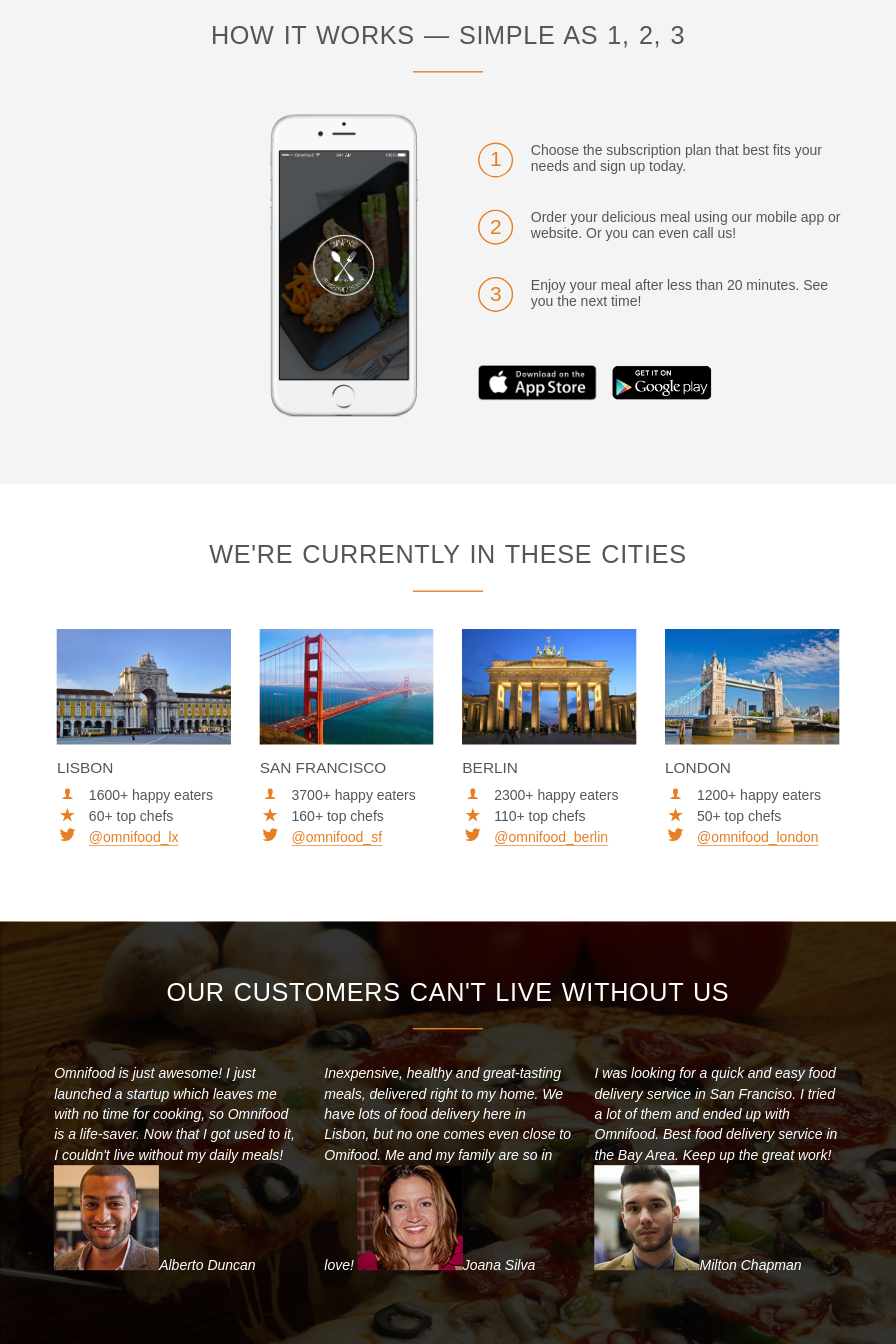
Repository: pboi18/E-Foods
Page: index.html
The author's editor kept a copy of each file at every save. The page is drawn from the files as they stood at one save, then again after the next save.
The browser window is 1280 px wide. The pictures show the part of the page from y = 1972 to 3892 px (the page is 3892 px tall before and 3847 px after), at 70% of full size.
Backgrounds fixed to the window are drawn as part of the page.

Above is the page before, as saved 2020-07-13 18:04:20.

### index.html
<!DOCTYPE html>
<html lang="en">
   <head>
      <meta http-equiv="Content-Type" content="text/html;charset=UTF-8">
      <link rel="stylesheet" href="vendors/css/normalize.css">
      <link rel="stylesheet" href="vendors/css/7.1 Grid.css">
      <link rel="stylesheet" href="vendors/css/ionicons.min.css">
      <link rel="stylesheet" href="resources/css/style.css">
      <link href='http://fonts.googleapis.com/css?family=Lato:100,300,400,300italic' rel='stylesheet' type='text/css'>
      <title>Ominifoods</title>
   </head>

   <body>
      <header>
         <nav>
               <div class="row">
                  <img src="resources/img/logo-white.png" alt="Ominifood logo" class="logo">

                  <ul class="main-nav">
                     <li><a href="#">Food delivery</a></li>
                     <li><a href="#">How it works</a></li>
                     <li><a href="#">Our cities</a></li>
                     <li><a href="#">Sign up</a></li>
                  </ul>

               </div>
         </nav>
         <div class="hero-text-box">
               <h1>Goodbye junk food. <br> Hello super healthy meals.</h1>
               <a href="#" class="btn btn-full">I’m hungry </a>
               <a href="#" class="btn btn-ghost">Show me more </a>
         </div>

      </header>

      <section class="section-features">
         <div class="row">
               <h2>Get food fast &mdash; not fast food</h2>
               <p class="long-copy">
                  Hello, we’re Omnifood, your new premium food delivery service. We know you’re always busy. No time for cooking. So let us take care of that, we’re really good at it, we promise!
               </p>
         </div>

         <div class="row">
               <div class="col span-1-of-4 box">
                  <i class="ion-ios-infinite-outline icon-big"></i>
                  <h3>Up to 365 days/year</h3>
                  <p>
                     Never cook again! We
                     really mean that. Our subscription
                     plans include up to 365
                     days/year coverage. You can
                     also choose to order more
                     flexibly if that's your style.
                  </p>
               </div>

               <div class="col span-1-of-4 box">
                  <i class="ion-ios-stopwatch-outline icon-big"></i>
                  <h3>Ready in 20 minutes</h3>
                  <p>
                     You're only twenty minutes
                     away from your delicious and
                     super healthy meals delivered
                     right to your home. We work
                     with the best chefs in each
                     town to ensure that you're
                     100% happy.
                  </p>
               </div>

               <div class="col span-1-of-4 box">
                  <i class="ion-ios-nutrition-outline icon-big"></i>
                  <h3>100% organic</h3>
                  <p>
                     All our vegetables are fresh, organic and local. Animals are raised without added hormones or antibiotics. Good for your health, the environment, and it also tastes better!
                  </p>
               </div>

               <div class="col span-1-of-4 box">
                  <i class="ion-ios-cart-outline icon-big"></i>
                  <h3>Order anything</h3>
                  <p>
                     We don't limit your creativity, which means you can order whatever you feel like. You can also choose from our menu containing over 100 delicious meals. It's up to you!
                  </p>
               </div>
         </div>
      </section>

      <section class="section-meals">
         <ul class="meals-showcase clearfix">
               <li>
                  <figure class="meal-photo">
                     <img src="resources/img/1.jpg" alt="Korean bibimbap with egg and vegetables">
                  </figure>
               </li>
               <li>
                  <figure class="meal-photo">
                     <img src="resources/img/2.jpg" alt="Simple italian pizza with cherry tomatoes">
                  </figure>
               </li>
               <li>
                  <figure class="meal-photo">
                     <img src="resources/img/3.jpg" alt="Chicken breast steak with vegetables ">
                  </figure>
               </li>
               <li>
                  <figure class="meal-photo">
                     <img src="resources/img/4.jpg" alt="Autumn pumpkin soup">
                  </figure>
               </li>
         </ul>

         <ul class="meals-showcase clearfix">
               <li>
                  <figure class="meal-photo">
                     <img src="resources/img/5.jpg" alt="Paleo beef steak with vegetables">
                  </figure>
               </li>
               <li>
                  <figure class="meal-photo">
                     <img src="resources/img/6.jpg" alt="Healthy baguette with egg and vegetables">
                  </figure>
               </li>
               <li>
                  <figure class="meal-photo">
                     <img src="resources/img/7.jpg" alt="Burger with cheddar and bacon">
                  </figure>
               </li>
               <li>
                  <figure class="meal-photo">
                     <img src="resources/img/8.jpg" alt="Granola with cherries and strawberries">
                  </figure>
               </li>
         </ul>
      </section>

      <section class="section-steps">
         <div class="row">
               <h2>How it works &mdash; Simple as 1, 2, 3</h2>
         </div>
         <div class="row">
               <div class="col span-1-of-2 steps-box">
                  <img src="resources/img/app-iPhone.png" alt="Ominifood app on iphone" class="app-screen">
               </div>

               <div class="col span-1-of-2 steps-box">
                  <div class="works-step">
                     <div>1</div>
                     <p>Choose the subscription plan that best fits your needs and sign up today.</p>
                  </div>
                  <div class="works-step">
                     <div>2</div>
                     <p>Order your delicious meal using our mobile app or website. Or you can even call us!</p>
                  </div>
                  <div class="works-step">
                     <div>3</div>
                     <p>Enjoy your meal after less than 20 minutes. See you the next time!</p>
                  </div>

                  <a href="#" class="btn-app">
                     <img src="resources/img/download-app.png " alt="App Store Button">
                  </a>
                  <a href="#" class="btn-app" >
                     <img src="resources/img/download-app-android.png" alt="play Store Button">
                  </a>

               </div>
         </div>
      </section>


      <section class="section-cities">
         <div class="row">
            <h2>
               We're currently in these cities
            </h2>
         </div>

         <div class="row">
            <div class="col span-1-of-4 box">
               <img src="resources/img/lisbon-3.jpg" alt="Lisbon">
               <h3>Lisbon</h3>
               <div class="city-feature">
                  <i class="ion-ios-person icon-small"></i>
                  1600+ happy eaters
               </div>
               <div class="city-feature">
                  <i class="ion-ios-star icon-small"></i>
                  60+ top chefs
               </div>
               <div class="city-feature">
                  <i class="ion-social-twitter icon-small"></i>
                  <a href="#">@omnifood_lx</a>
               </div>
            </div>

            <div class="col span-1-of-4 box">
               <img src="resources/img/san-francisco.jpg" alt="San Francisco">
               <h3>San Francisco</h3>
               <div class="city-feature">
                  <i class="ion-ios-person icon-small"></i>
                  3700+ happy eaters
               </div>
               <div class="city-feature">
                  <i class="ion-ios-star icon-small"></i>
                  160+ top chefs
               </div>
               <div class="city-feature">
                  <i class="ion-social-twitter icon-small"></i>
                  <a href="#">@omnifood_sf</a>
               </div>
            </div>

            <div class="col span-1-of-4 box">
               <img src="resources/img/berlin.jpg" alt="Berlin">
               <h3>Berlin</h3>
               <div class="city-feature">
                  <i class="ion-ios-person icon-small"></i>
                  2300+ happy eaters
               </div>
               <div class="city-feature">
                  <i class="ion-ios-star icon-small"></i>
                  110+ top chefs
               </div>
               <div class="city-feature">
                  <i class="ion-social-twitter icon-small"></i>
                  <a href="#">@omnifood_berlin</a>
               </div>
            </div>

            <div class="col span-1-of-4 box">
               <img src="resources/img/london.jpg" alt="London">
               <h3>London</h3>
               <div class="city-feature">
                  <i class="ion-ios-person icon-small"></i>
                  1200+ happy eaters
               </div>
               <div class="city-feature">
                  <i class="ion-ios-star icon-small"></i>
                  50+ top chefs
               </div>
               <div class="city-feature">
                  <i class="ion-social-twitter icon-small"></i>
                  <a href="#">@omnifood_london</a>
               </div>
            </div>
         </div>


      </section>

      <section class="section-testimonials">
         <div class="row">
            <h2>Our customers can't live without us</h2>
         </div>

         <div class="row">
            <div class="col span-1-of-3">
               <blockquote>
                  Omnifood is just awesome! I just launched a startup which leaves me with no time for cooking, so Omnifood is a life-saver. Now that I got used to it, I couldn't live without my daily meals!
                  <cite><img src="resources/img/customer-1.jpg" alt="">Alberto Duncan</cite>
               </blockquote>
            </div>

            <div class="col span-1-of-3">
               <blockquote>
                  Inexpensive, healthy and great-tasting meals, delivered right to my home. We have lots of food delivery here in Lisbon, but no one comes even close to Omifood. Me and my family are so in love!
                  <cite><img src="resources/img/customer-2.jpg" alt="">Joana Silva</cite>
               </blockquote>
            </div>

            <div class="col span-1-of-3">
               <blockquote>
                  I was looking for a quick and easy food delivery service in San Franciso. I tried a lot of them and ended up with Omnifood. Best food delivery service in the Bay Area. Keep up the great work!
                  <cite><img src="resources/img/customer-3.jpg" alt="">Milton Chapman</cite>
               </blockquote>
            </div>
         </div>
      </section>
   </body>


</html>

### resources/css/style.css
/*  --------------------------- */
/*  BASIC SETUP */
/*  --------------------------- */

* {
    margin: 0;
    padding: 0;
    box-sizing: border-box;
}

html {
    background-color: #fff;
    color: #555;
    font-family: Arial, Helvetica, sans-serif,'Lato';
    font-weight: 300;
    font-size: 20px;
    text-rendering: optimizeLegibility;
}

.clearfix { zoom: 1;}
.clearfix::after {
    content: ".";
    clear: both;
    display: block;
    height: 0;
    visibility: hidden;
}

/*  --------------------------- */
/*  REUSEABLE COMPONENTS */
/*  --------------------------- */


.row {
    max-width: 1140px;
    margin: 0 auto;
}

section {
    padding: 80px 0;
}

.box {
    padding: 1%;
}



/*  --------------------------- */
/*  HEADINGS */
/*  --------------------------- */

h1,
h2,
h3 {

    font-weight: 300;
    text-transform: uppercase;
}

h1 {
    margin-top: 0;
    margin-bottom: 20px;
    color: #fff;
    font-size: 240%;
    word-spacing: 4px;
    letter-spacing: 1px;
}

h2 {
    font-size: 180%;
    word-spacing: 2px;
    text-align: center;
    margin-bottom: 30px;
    letter-spacing: 1px;
}

h3 {
    font-size: 110%;
    margin-bottom: 15px;
}

h2:after {
    display: block;
    height: 2px;
    background-color: #e67e22;
    content: " ";
    width: 100px;
    margin: 0 auto;
    margin-top: 30px;
}


/*  --------------------------- */
/*  paragraps*/
/*  --------------------------- */


.long-copy {
    line-height: 145%;
    width: 70%;
    margin-left: 15%;
}

.box p {
    font-size: 90%;
    line-height: 145%;
}


/*  --------------------------- */
/*  ICONS */
/*  --------------------------- */

.icon-big {
    font-size: 350%;
    display: block;
    color: #e67e22;
    margin-bottom: 10px;
}

.icon-small {
    display: inline-block;
    width: 30px;
    text-align: center;
    color: #e67e22;
    font-size: 120%;
    margin-right: 10px;
    /* secrets to align text and icon */
    line-height: 120%;
    vertical-align: middle;
    margin-top: -5px;
}

/*  --------------------------- */
/*  LINKS */
/*  --------------------------- */

a:link,
a:visited{
    color: #e67e22;
    text-decoration: none;
    padding-bottom: 1px;
    border-bottom: 1px solid #e67e22;
    transition: all 0.2s;
}

a:hover,
a:active {
    color: #555;
    border-bottom:  1px solid transparent;
}

/*  --------------------------- */
/*  BUTTONS */
/*  --------------------------- */

.btn:link,
.btn:visited {
    display: inline-block;
    padding: 10px 30px;
    font-weight: 300;
    text-decoration: none;
    border-radius: 200px;
    transition: all 0.2s;
}


.btn-full:link,
.btn-full:visited {
    background-color: #e67e22;
    border: 1px solid #e67e22;
    color: #fff;
    margin-right: 15px;
}

.btn-ghost:link,
.btn-ghost:visited {
    border: 1px solid #e67e22;
    color: #e67e22;
}

.btn:hover,
.btn:active {
    background-color: #cf6d17;
}


.btn-full:hover,
.btn-full:active {
    border: 1px solid #cf6d17;
}

.btn-ghost:hover,
.btn-ghost:active {
    border: 1px solid #e67e22;
    color: #fff;
}

/*  --------------------------- */
/*  HEADER */
/*  --------------------------- */

header {
    background-image: linear-gradient(rgba(0, 0, 0, 0.7), rgba(0, 0, 0, 0.7)), url(img/hero.jpg);
    background-size: cover;
    background-position: center;
    height: 100vh;
    background-attachment: fixed;
}


.hero-text-box {
    position: absolute;
    width: 1140px;
    top: 50%;
    left: 50%;
    transform: translate(-50%, -50%);
}

.logo {
    height: 100px;
    width: auto;
    float: left;
    margin-top: 20px;
}

.main-nav {
    float: right;
    list-style: none;
    margin-top: 55px;
}

.main-nav li {
    display: inline-block;
    margin-left: 40px;
}

.main-nav li a:link,
.main-nav li a:visited {
    padding: 5px 0px;
    color: #fff;
    text-decoration: none;
    text-transform: uppercase;
    font-size: 90%;
    border-bottom: 2px solid transparent;
    transition: all 0.2s;

}
.main-nav li a:hover,
.main-nav li a:active {
    border-bottom: 2px solid #e67e22;
}

/*  --------------------------- */
/*  MEALS */
/*  --------------------------- */

.section-features .long-copy {
    margin-bottom: 30px;
}


/*  --------------------------- */
/*  MEALS */
/*  --------------------------- */

.section-meals {
    padding: 0;

}

.meals-showcase {
    list-style: none;
    width: 100%;

}

.meals-showcase li {
    display: block;
    float: left;
    width: 25%;
}

.meal-photo {
    width: 100%;
    margin: 0;
    overflow: hidden;
    background-color:#000;
}

.meal-photo img {
    width: 100%;
    height: auto;
    transform: scale(1.03);
    opacity: 0.7;
    transition: all 0.5s;
}


.meal-photo img:hover {
    opacity: 1;
    transform: scale(1.15);
}

/*  --------------------------- */
/*  HOW IT WORKS */
/*  --------------------------- */

.section-steps {
    background-color: #f4f4f4;
}

.steps-box:first-child {
    text-align: right;
    padding-right: 3%;
    margin-top: 30px;
}


.steps-box:last-child {
    padding-left: 3%;
    margin-top: 70px;
}

.app-screen {
    width: 40%;
}


.works-step {
    margin-bottom: 50px;
}

.works-step:last-of-type {
    margin-bottom: 80px;
}

.works-step div {
    color: #e67e22;
    border: 2px solid #e67e22;
    display: inline-block;
    border-radius: 50%;
    width: 50px;
    height: 50px;
    text-align: center;
    padding: 5px;
    float: left;
    font-size: 150%;
    margin-right: 25px;
}

.btn-app:link,
.btn-app:visited {
    border: none;
}

.btn-app img {
    height: 50px;
    width: auto;
    margin-right: 16px;
}

/*  --------------------------- */
/*  CITIES*/
/*  --------------------------- */

.box img {
    width: 100%;
    height: auto;
    margin-bottom: 15px;
}


.city-feature {
    margin-bottom: 5px;
}

/*  --------------------------- */
/*  TESTIMONISE */
/*  --------------------------- */


.section-testimonials {
    background-image: linear-gradient(rgba(0, 0, 0, 0.8), rgba(0, 0, 0, 0.8)), url(img/back-customers.jpg);
    background-size: cover;
    color: #fff;
    background-attachment: fixed;
}

blockquote {
    padding: 2%;
    font-style: italic;
    line-height: 145%;
}

Loaded but not shown: vendors/css/normalize.css (library); vendors/css/7.1 Grid.css (library); vendors/css/ionicons.min.css (library)

After the next save:
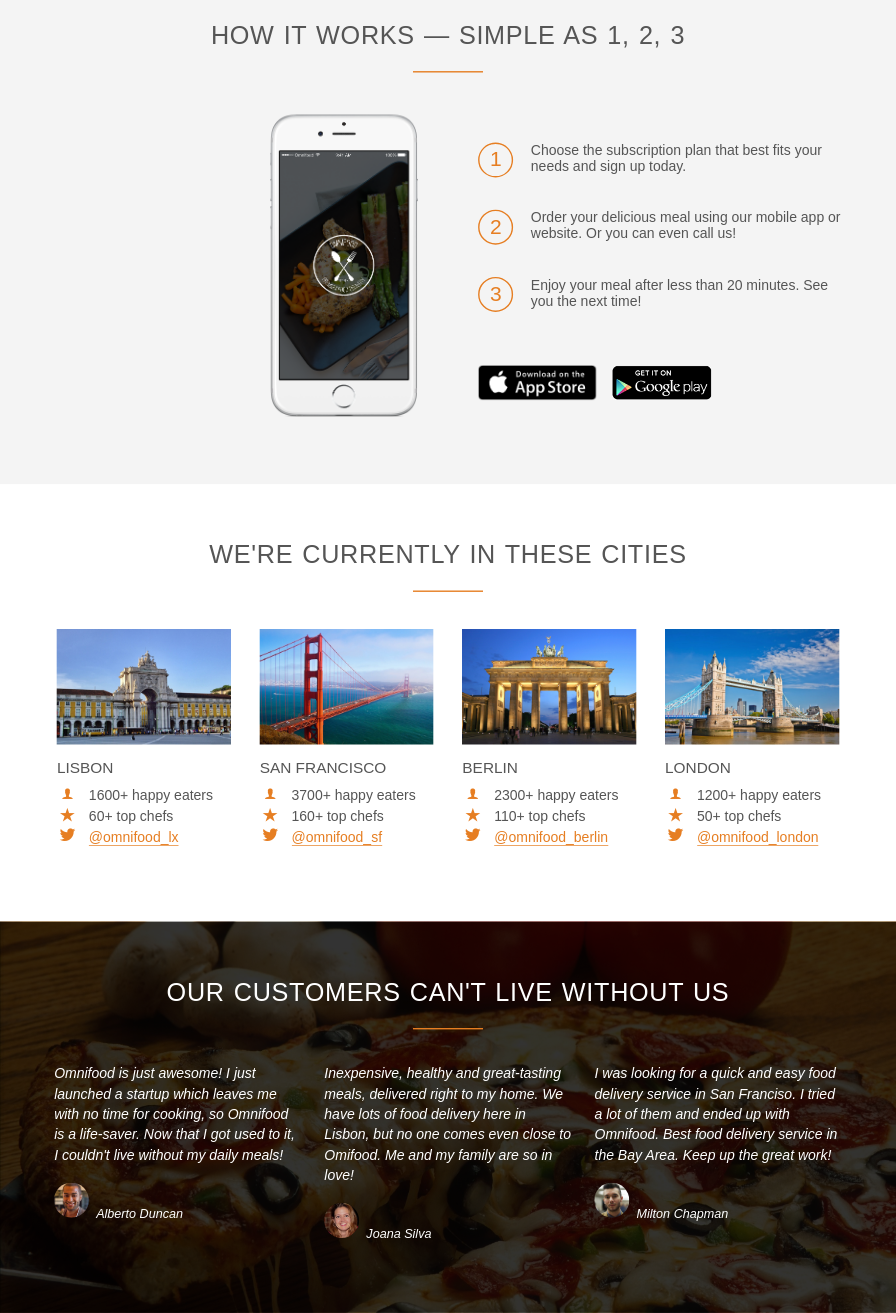
Saved 2 min 5 s later.
--- a/resources/css/style.css
+++ b/resources/css/style.css
@@ -393,3 +393,15 @@ blockquote {
     font-style: italic;
     line-height: 145%;
 }
+
+cite {
+    font-size: 90%;
+    margin-top: 25px;
+    display: block;
+}
+
+cite img {
+    height: 50px;
+    border-radius: 50%;
+    margin-right: 10px;
+}
